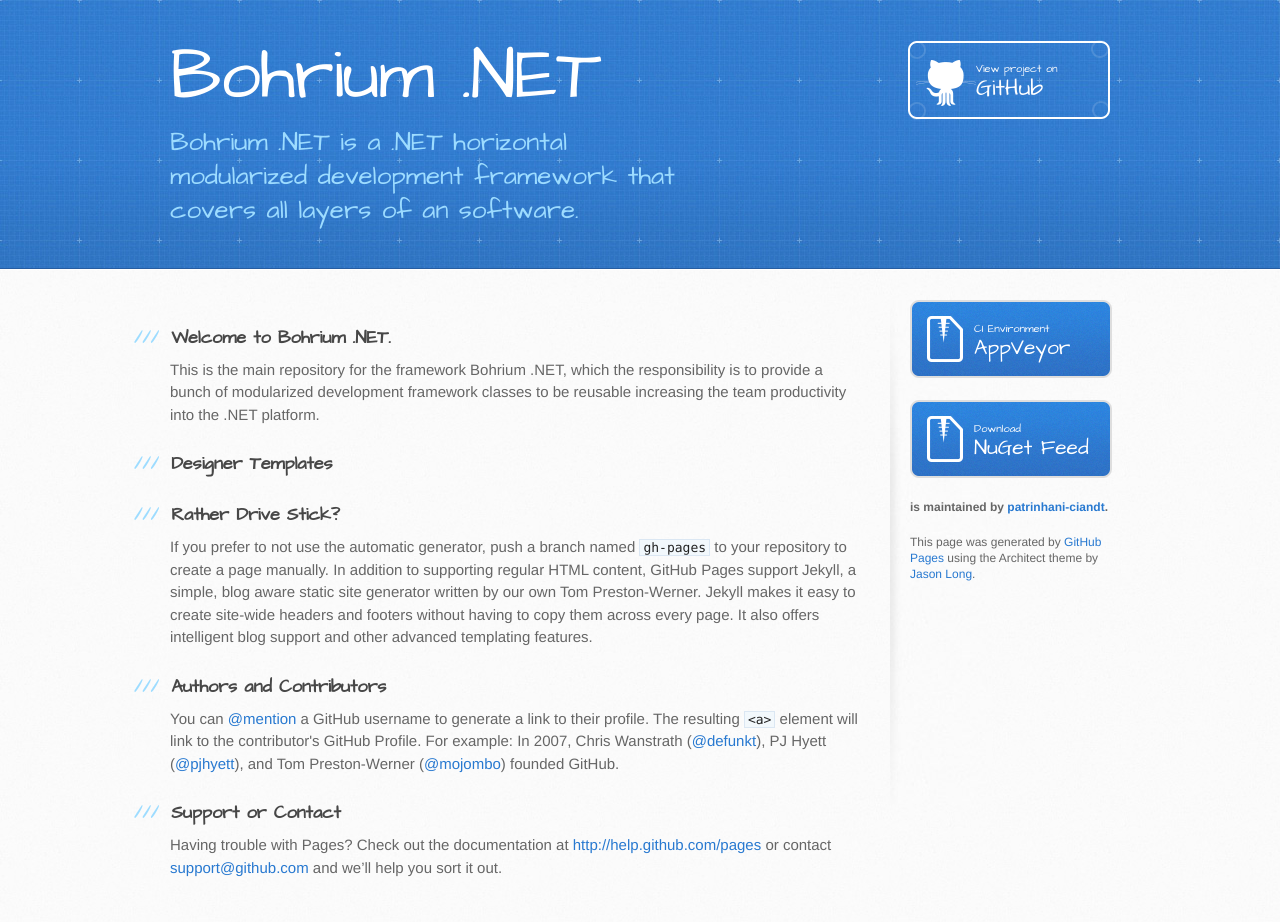
Repository: patrinhani-ciandt/BohriumNET
Page: index.html
The author's editor kept a record of every edit. The page is drawn from the files as they stood at one moment, then again after the next edit.
The browser window is 1280 px wide. The pictures show the whole page.

Above is the page before.

After the next edit:
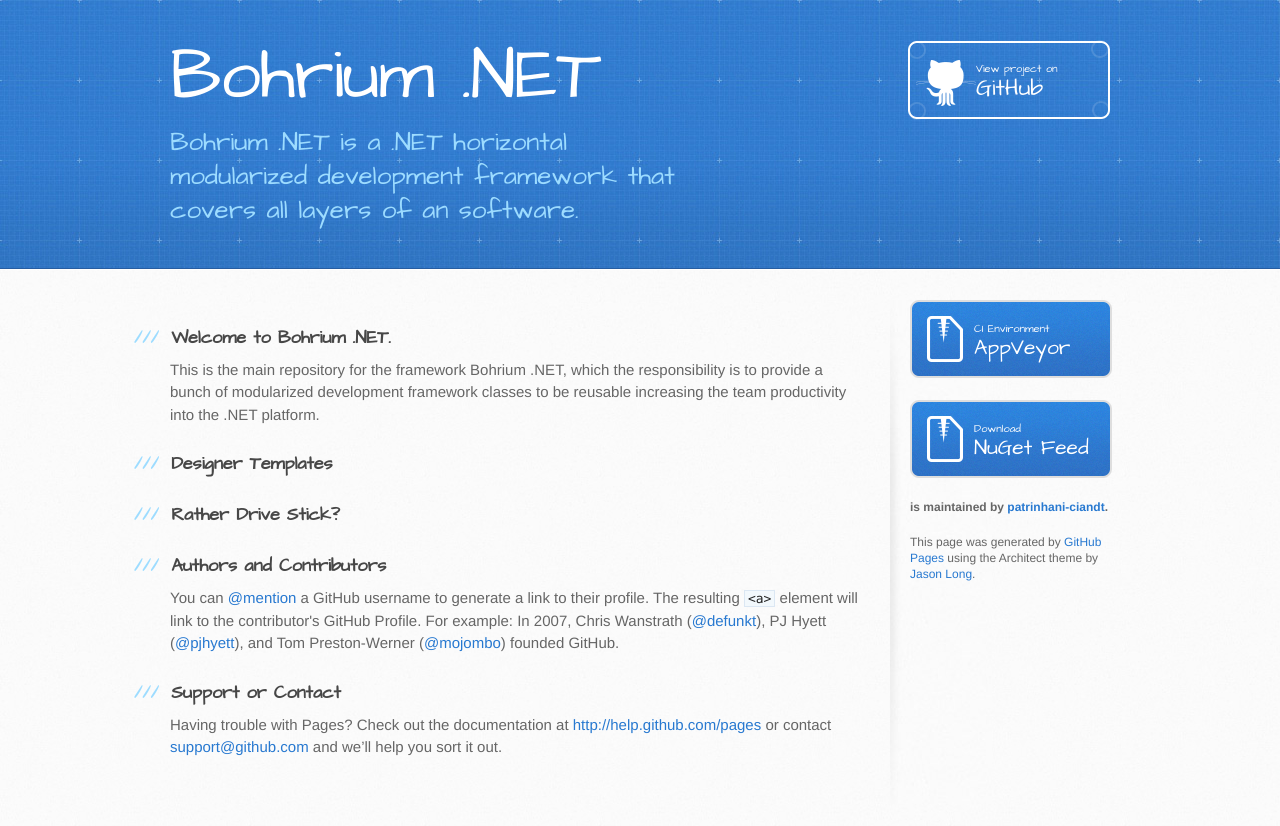
The edit:
--- a/index.html
+++ b/index.html
@@ -48,7 +48,7 @@
 <h3>
 <a name="rather-drive-stick" class="anchor" href="#rather-drive-stick"><span class="octicon octicon-link"></span></a>Rather Drive Stick?</h3>
 
-<p>If you prefer to not use the automatic generator, push a branch named <code>gh-pages</code> to your repository to create a page manually. In addition to supporting regular HTML content, GitHub Pages support Jekyll, a simple, blog aware static site generator written by our own Tom Preston-Werner. Jekyll makes it easy to create site-wide headers and footers without having to copy them across every page. It also offers intelligent blog support and other advanced templating features.</p>
+<!--<p>If you prefer to not use the automatic generator, push a branch named <code>gh-pages</code> to your repository to create a page manually. In addition to supporting regular HTML content, GitHub Pages support Jekyll, a simple, blog aware static site generator written by our own Tom Preston-Werner. Jekyll makes it easy to create site-wide headers and footers without having to copy them across every page. It also offers intelligent blog support and other advanced templating features.</p>-->
 
 <h3>
 <a name="authors-and-contributors" class="anchor" href="#authors-and-contributors"><span class="octicon octicon-link"></span></a>Authors and Contributors</h3>
